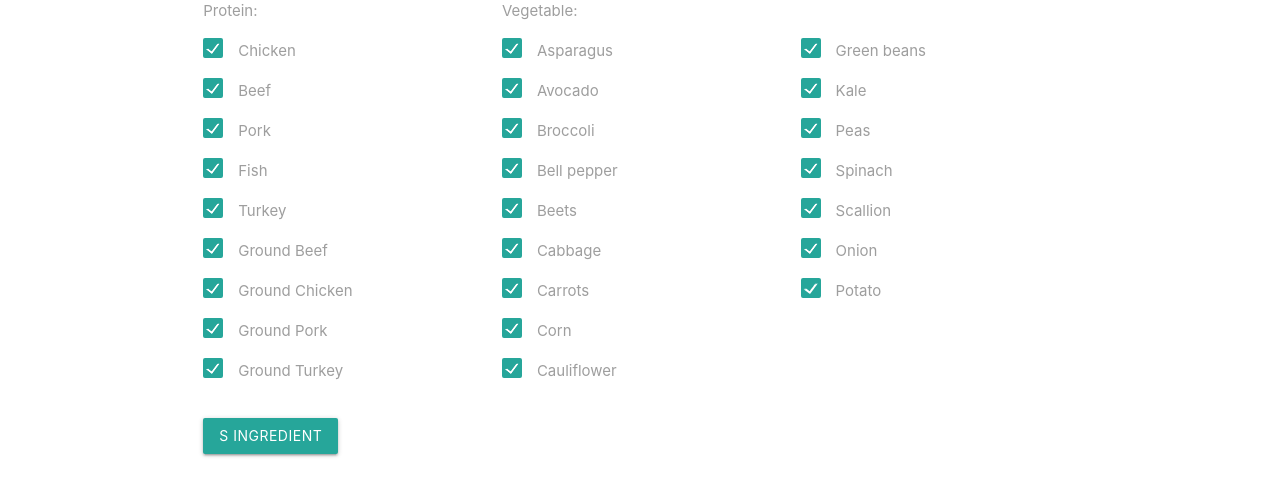
Repository: Aaron-R-Carter/Project1
Page: prototype.html
The author's editor kept a copy of each file at every save. The page is drawn from the files as they stood at one save, then again after the next save.
The browser window is 1280 px wide. The pictures show the whole page.

Above is the page before, as saved 2019-11-01 00:13:39.
Console error: SyntaxError: Unexpected token '<'

After the next save:
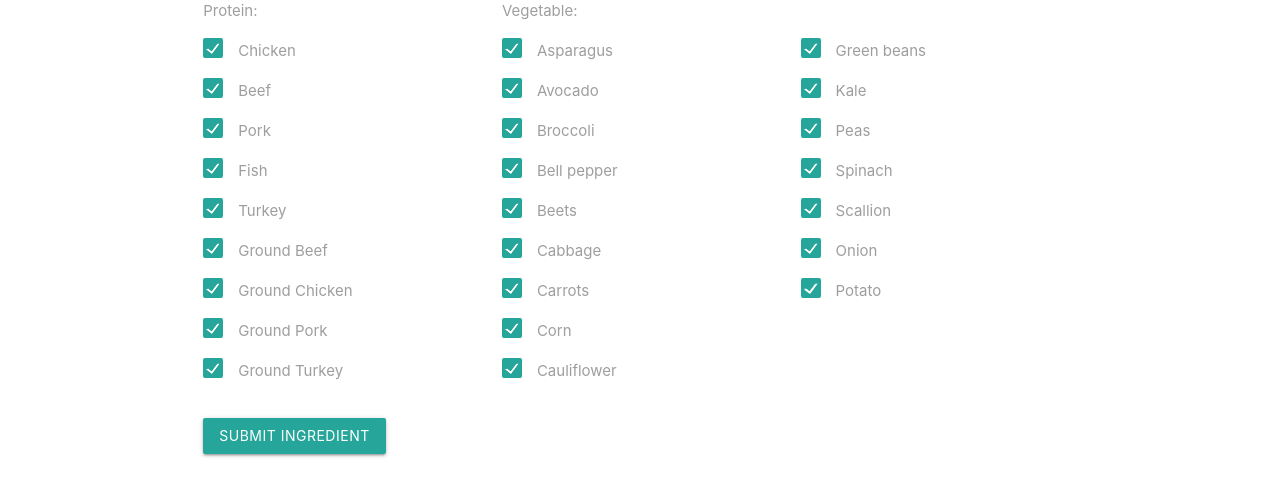
Saved 4 s later.
--- a/prototype.html
+++ b/prototype.html
@@ -192,7 +192,7 @@
 
             <!-- Button will trigger new ingredient to be added -->
             <div class="col s 12">
-                <input id="add " class="btn btn-primary mb-2" type="submit" value="S ingredient">
+                <input id="add " class="btn btn-primary mb-2" type="submit" value="submit ingredient">
             </div>
         </form>
     </div>
